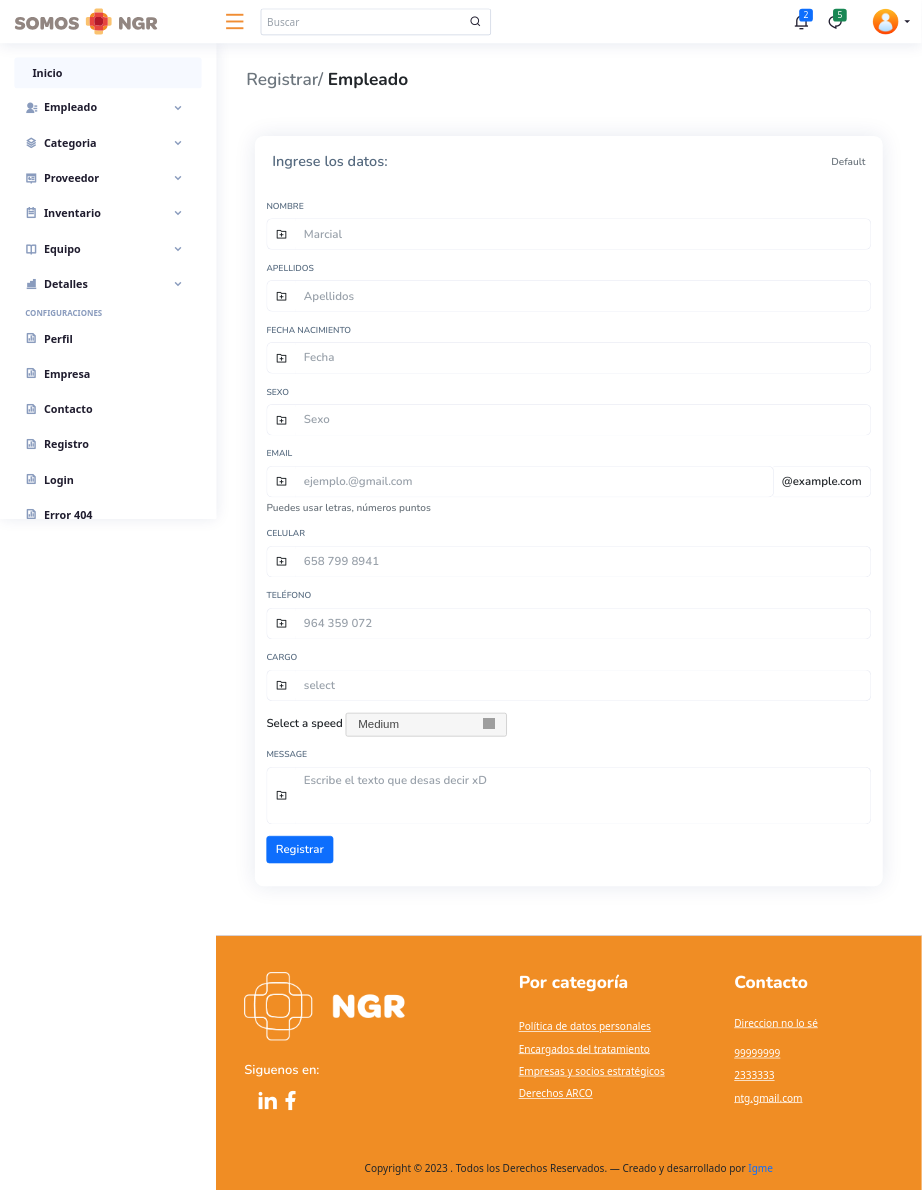
Repository: igmeMarcial/ProyectoLP-2023
Page: http://localhost/proyectoLP_2023/RegistrarEmpleado.jsp
The author's editor kept a copy of each file at every save. The page is drawn from the files as they stood at one save, then again after the next save.
The browser window is 1280 px wide. The pictures show the whole page, at 72% of full size.
Pictures or frames that could not be fetched are drawn as grey boxes. Some web fonts or font styles are not loaded; a fallback is used. The page is served by Tomcat 9. The template is opened directly, without the code that normally fills it, so the values that code supplies are empty.

Above is the page before, as saved 2023-03-23 18:34:11.

After the next save:
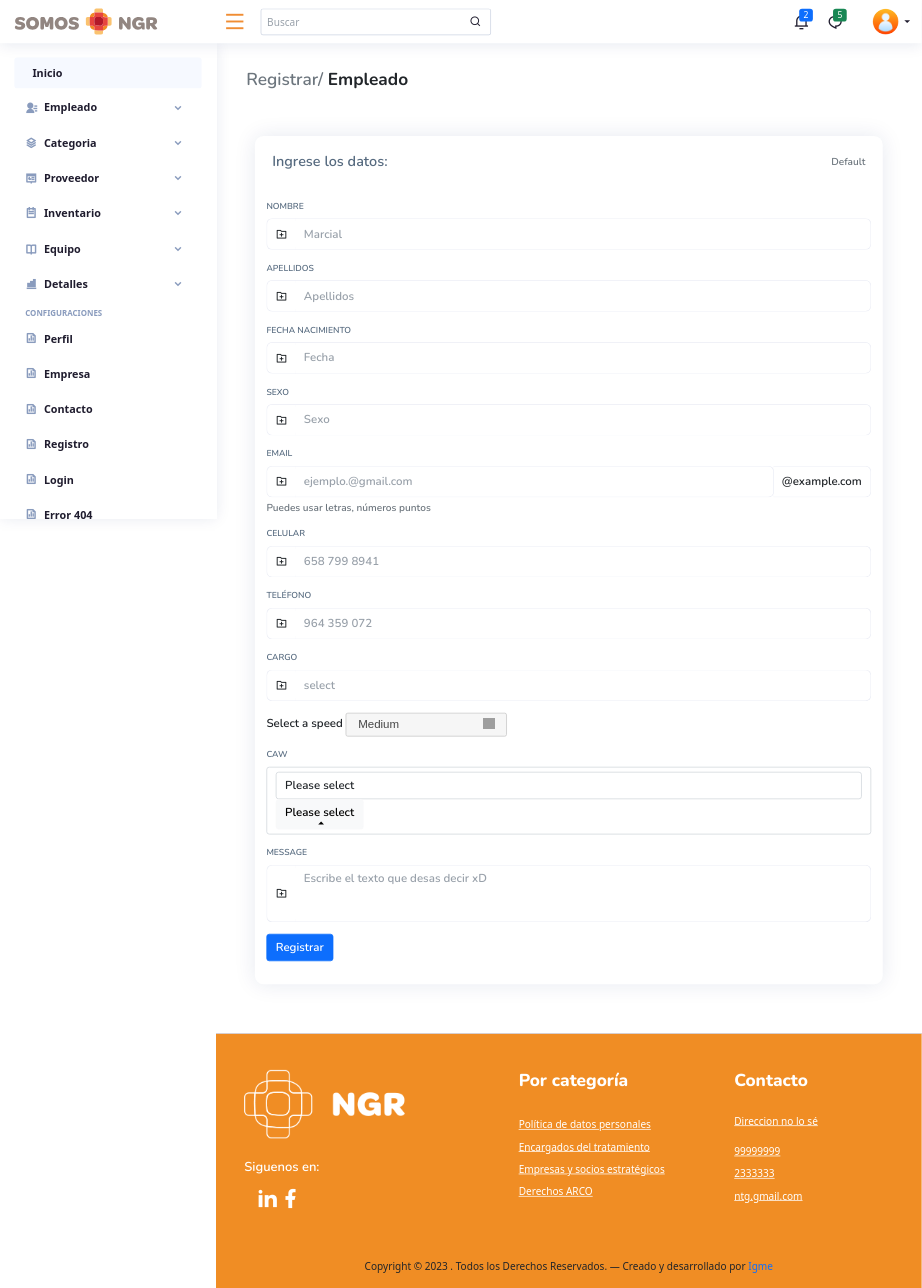
Saved 111 s later.
--- a/proyectoLP_2023/WebContent/RegistrarEmpleado.jsp
+++ b/proyectoLP_2023/WebContent/RegistrarEmpleado.jsp
@@ -383,6 +383,76 @@
 									    </select>
 									</div>
 									<div class="mb-3">
+										<label class="form-label" for="basic-icon-default-m labelCustom">Caw</label>
+										<div class="dropdown bootstrap-select form-control default-select dropup">
+	<select class="form-control default-select" id="val-skill" name="val-skill" tabindex="-98">
+		<option value="">Please select</option>
+		<option value="html">HTML</option>
+		<option value="css">CSS</option>
+		<option value="javascript">JavaScript</option>
+		<option value="angular">Angular</option>
+		<option value="angular">React</option>
+		<option value="vuejs">Vue.js</option>
+		<option value="ruby">Ruby</option>
+		<option value="php">PHP</option>
+		<option value="asp">ASP.NET</option>
+		<option value="python">Python</option>
+		<option value="mysql">MySQL</option>
+	</select>
+	<button type="button" class="btn dropdown-toggle btn-light bs-placeholder" data-toggle="dropdown" role="button" data-id="val-skill" title="Please select" aria-expanded="false">
+		<div class="filter-option">
+			<div class="filter-option-inner"><div class="filter-option-inner-inner">Please select</div></div>
+		</div>
+	</button>
+	<div
+		class="dropdown-menu"
+		role="combobox"
+		x-placement="top-start"
+		style="max-height: 380.6px; overflow: hidden; min-height: 112px; position: absolute; will-change: transform; min-width: 252px; top: 0px; left: 0px; transform: translate3d(0px, -368px, 0px);"
+	>
+		<div class="inner show" role="listbox" aria-expanded="false" tabindex="-1" style="max-height: 364.6px; overflow-y: auto; min-height: 96px;">
+			<ul class="dropdown-menu inner show">
+				<li class="selected active">
+					<a role="option" class="dropdown-item selected active" aria-disabled="false" tabindex="0" aria-selected="true"><span class="text">Please select</span></a>
+				</li>
+				<li>
+					<a role="option" class="dropdown-item" aria-disabled="false" tabindex="0" aria-selected="false"><span class="text">HTML</span></a>
+				</li>
+				<li>
+					<a role="option" class="dropdown-item" aria-disabled="false" tabindex="0" aria-selected="false"><span class="text">CSS</span></a>
+				</li>
+				<li>
+					<a role="option" class="dropdown-item" aria-disabled="false" tabindex="0" aria-selected="false"><span class="text">JavaScript</span></a>
+				</li>
+				<li>
+					<a role="option" class="dropdown-item" aria-disabled="false" tabindex="0" aria-selected="false"><span class="text">Angular</span></a>
+				</li>
+				<li>
+					<a role="option" class="dropdown-item" aria-disabled="false" tabindex="0" aria-selected="false"><span class="text">React</span></a>
+				</li>
+				<li>
+					<a role="option" class="dropdown-item" aria-disabled="false" tabindex="0" aria-selected="false"><span class="text">Vue.js</span></a>
+				</li>
+				<li>
+					<a role="option" class="dropdown-item" aria-disabled="false" tabindex="0" aria-selected="false"><span class="text">Ruby</span></a>
+				</li>
+				<li>
+					<a role="option" class="dropdown-item" aria-disabled="false" tabindex="0" aria-selected="false"><span class="text">PHP</span></a>
+				</li>
+				<li>
+					<a role="option" class="dropdown-item" aria-disabled="false" tabindex="0" aria-selected="false"><span class="text">ASP.NET</span></a>
+				</li>
+				<li>
+					<a role="option" class="dropdown-item" aria-disabled="false" tabindex="0" aria-selected="false"><span class="text">Python</span></a>
+				</li>
+				<li>
+					<a role="option" class="dropdown-item" aria-disabled="false" tabindex="0" aria-selected="false"><span class="text">MySQL</span></a>
+				</li>
+			</ul>
+		</div>
+	</div>
+</div>
+
 
 									</div>
 									<div class="mb-3">
